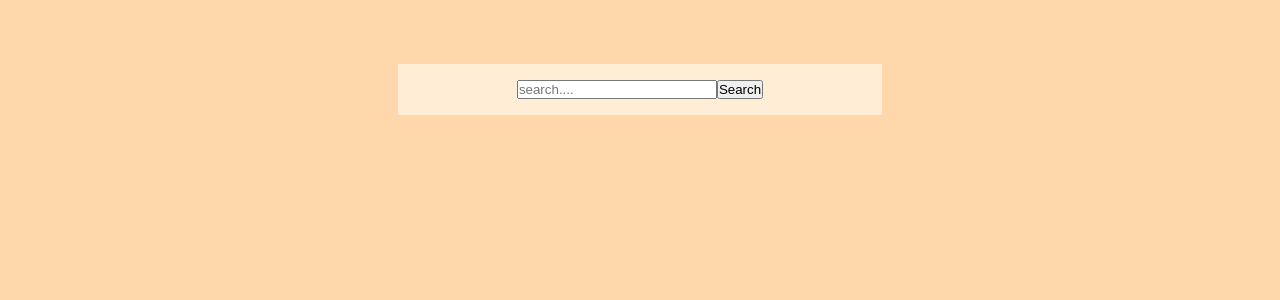
Repository: sandipkarmokar/recipeApp
Page: /
The author's editor kept a copy of each file at every save. The page is drawn from the files as they stood at one save, then again after the next save.
The browser window is 1280 px wide. The pictures show the whole page.
The project was rebuilt for these pictures with package versions that can differ from the ones it lists, and the page was loaded fresh each time.

Above is the page before, as saved 2022-04-15 16:50:22.

### src/App.js
import { useEffect, useStata, useState } from 'react';
import ListView from './components/listView';
import SearchBar from './components/searchBar';
import './App.css';

function App() {
    const [query, setQuery] = useState('');
    const [isLoading, setIsLoading] = useState(true);
    const [recipeIngredients, setRecipeIngredients] = useState([]);
    const [recipeList, setRecipeList] = useState([]);
    const [recipeId, setRecipeId] = useState();
    const [recipe, setRecipe] = useState([]);

    const url = `https://forkify-api.herokuapp.com/api/search?q=${query}`;
    const urlRecipe = `https://forkify-api.herokuapp.com/api/get?rId=${recipeId}`;

    const fetchData = async (e) => {
        e.preventDefault();
        try {
            const response = await fetch(url);
            const data = await response.json();
            setRecipeList(data.recipes);
            setIsLoading(false);
            setQuery('');
        } catch (error) {
            console.log(error);
        }
    };

    const fetchRecipe = async () => {
        try {
            const response = await fetch(urlRecipe);
            const data = await response.json();
            setRecipe(data);
            console.log(recipe, recipeId);
        } catch (error) {
            console.log(error);
        }
    };
    return (
        <div className="app">
            <div className="app-container">
                <SearchBar
                    query={query}
                    setQuery={setQuery}
                    fetchData={fetchData}
                ></SearchBar>
                <ListView
                    recipeList={recipeList}
                    setRecipeId={setRecipeId}
                    fetchRecipe={fetchRecipe}
                ></ListView>
            </div>
        </div>
    );
}

export default App;

### src/components/listView.js
import React from 'react';

const ListView = ({ recipeList, setRecipeId, fetchRecipe }) => {
    console.log(recipeList);
    const handleRecipe = (id) => {
        let numberId = parseInt(id);
        console.log(typeof numberId);
        setRecipeId(id);
        fetchRecipe();
    };

    return (
        <div className="recipeList">
            <div className="recipeList-container">
                {recipeList.map((el) => {
                    console.log(typeof el.recipe_id);
                    return (
                        <>
                            <p>{el.title}</p>
                            <img src={el.image_url} alt="" />
                            <p>{el.recipe_id}</p>
                            <p
                                onClick={() => {
                                    handleRecipe(el.recipe_id);
                                }}
                            >
                                Know More
                            </p>
                        </>
                    );
                })}
            </div>
        </div>
    );
};

export default ListView;

### src/components/searchBar.js
import React from 'react';

const SearchBar = ({ query, setQuery, fetchData }) => {
    return (
        <div className="searchBar">
            <div className="searchBar-container">
                {/* <div className="logo">FooD IT</div> */}
                <form onSubmit={fetchData} className="search">
                    <input
                        type="text"
                        placeholder="search...."
                        value={query}
                        onChange={(e) => setQuery(e.target.value)}
                    />
                    <button type="submit">Search</button>
                </form>
            </div>
        </div>
    );
};

export default SearchBar;

### src/App.css
* {
    margin: 0;
    padding: 0;
    box-sizing: border-box;
}

.app {
    height: 100vh;
    width: 100vw;
    background-color: #fed7aa;
    overflow: hidden;
    padding: 4rem;
}

.app .app-container {
    width: 70%;
    margin: 0 auto;
}
.app .app-container .searchBar {
    width: 60%;
    margin: 0 auto;
    background-color: #ffedd5;
}
.app .app-container .searchBar .searchBar-container {
    padding: 1rem 2rem;
    background-color: #ffedd5;
}
.app .app-container .searchBar .searchBar-container .search {
    display: flex;
    align-items: center;
    justify-content: center;
}
.app .app-container .searchBar .searchBar-container .search input {
    display: flex;
    width: 200px;
}

Loaded but not shown: public/index.html (common file); src/index.js (common file); src/index.css (common file); src/reportWebVitals.js (common file)

After the next save:
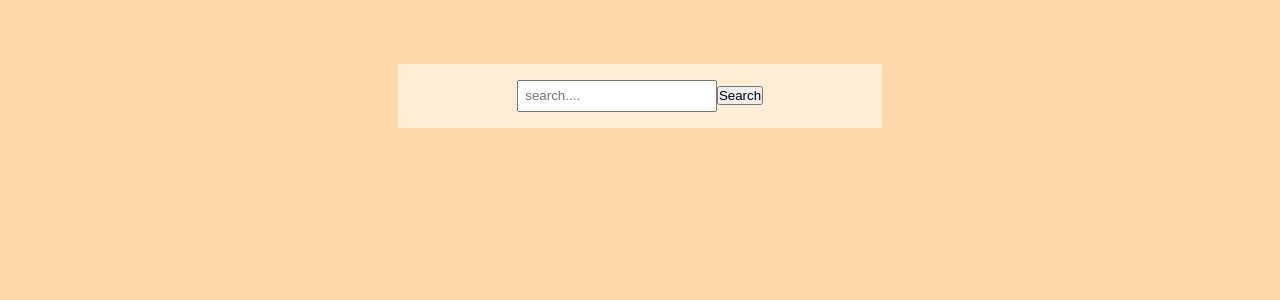
Saved 7 s later.
--- a/src/App.css
+++ b/src/App.css
@@ -33,4 +33,5 @@
 .app .app-container .searchBar .searchBar-container .search input {
     display: flex;
     width: 200px;
+    padding: 0.4rem;
 }
